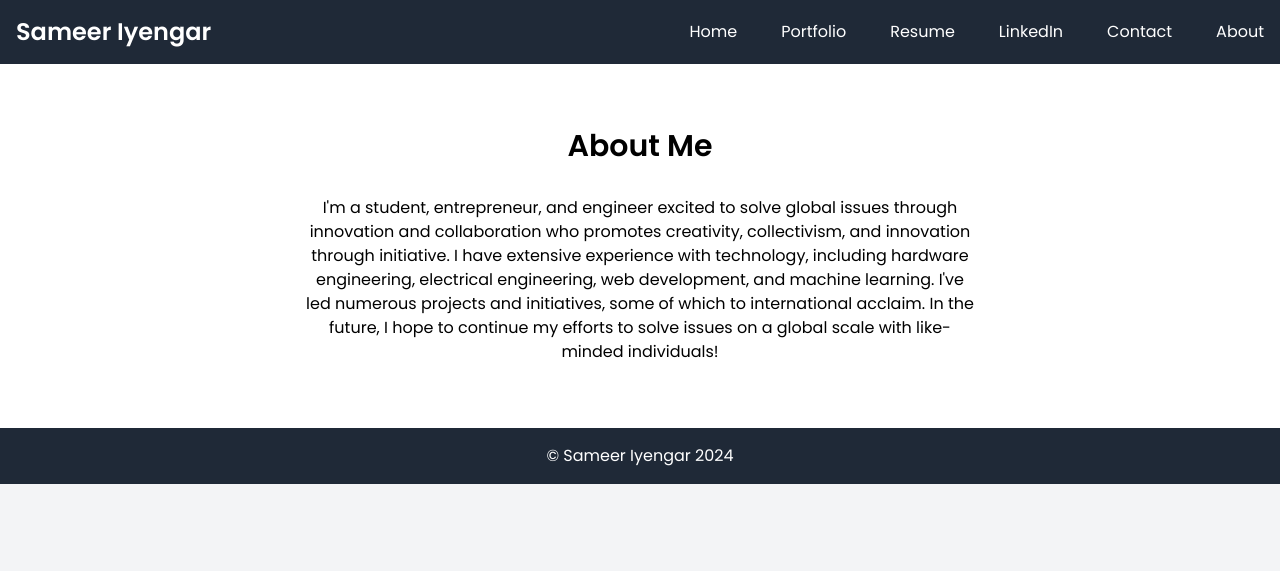
Repository: siyengar04/siyengar04.github.io
Page: about.html
The author's editor kept a copy of each file at every save. The page is drawn from the files as they stood at one save, then again after the next save.
The browser window is 1280 px wide. The pictures show the whole page.
Some web libraries are served in a nearby version.

Above is the page before, as saved 2024-11-01 13:40:22.

After the next save:
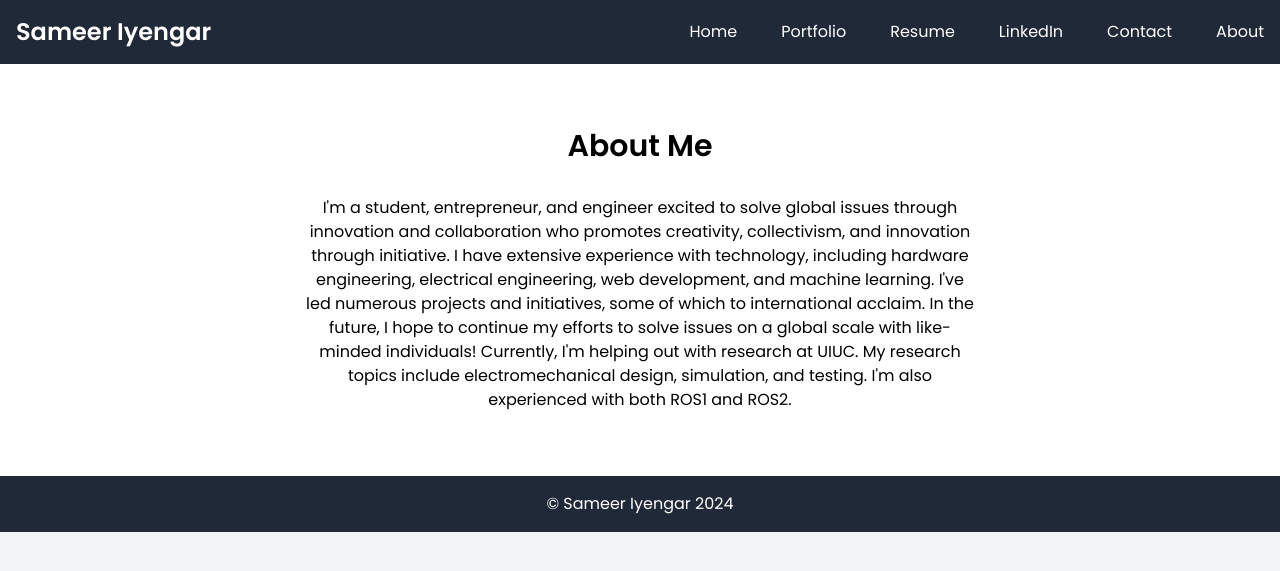
Saved 95 s later.
--- a/about.html
+++ b/about.html
@@ -42,7 +42,7 @@
     <section id="about" class="about py-16 bg-white">
         <div class="container mx-auto px-4">
             <h2 class="text-3xl font-bold mb-8 text-center">About Me</h2>
-            <p class="text-center max-w-2xl mx-auto">I'm a student, entrepreneur, and engineer excited to solve global issues through innovation and collaboration who promotes creativity, collectivism, and innovation through initiative. I have extensive experience with technology, including hardware engineering, electrical engineering, web development, and machine learning. I've led numerous projects and initiatives, some of which to international acclaim. In the future, I hope to continue my efforts to solve issues on a global scale with like-minded individuals!</p>
+            <p class="text-center max-w-2xl mx-auto">I'm a student, entrepreneur, and engineer excited to solve global issues through innovation and collaboration who promotes creativity, collectivism, and innovation through initiative. I have extensive experience with technology, including hardware engineering, electrical engineering, web development, and machine learning. I've led numerous projects and initiatives, some of which to international acclaim. In the future, I hope to continue my efforts to solve issues on a global scale with like-minded individuals! Currently, I'm helping out with research at UIUC. My research topics include electromechanical design, simulation, and testing. I'm also experienced with both ROS1 and ROS2. </p>
         </div>
     </section>
 
